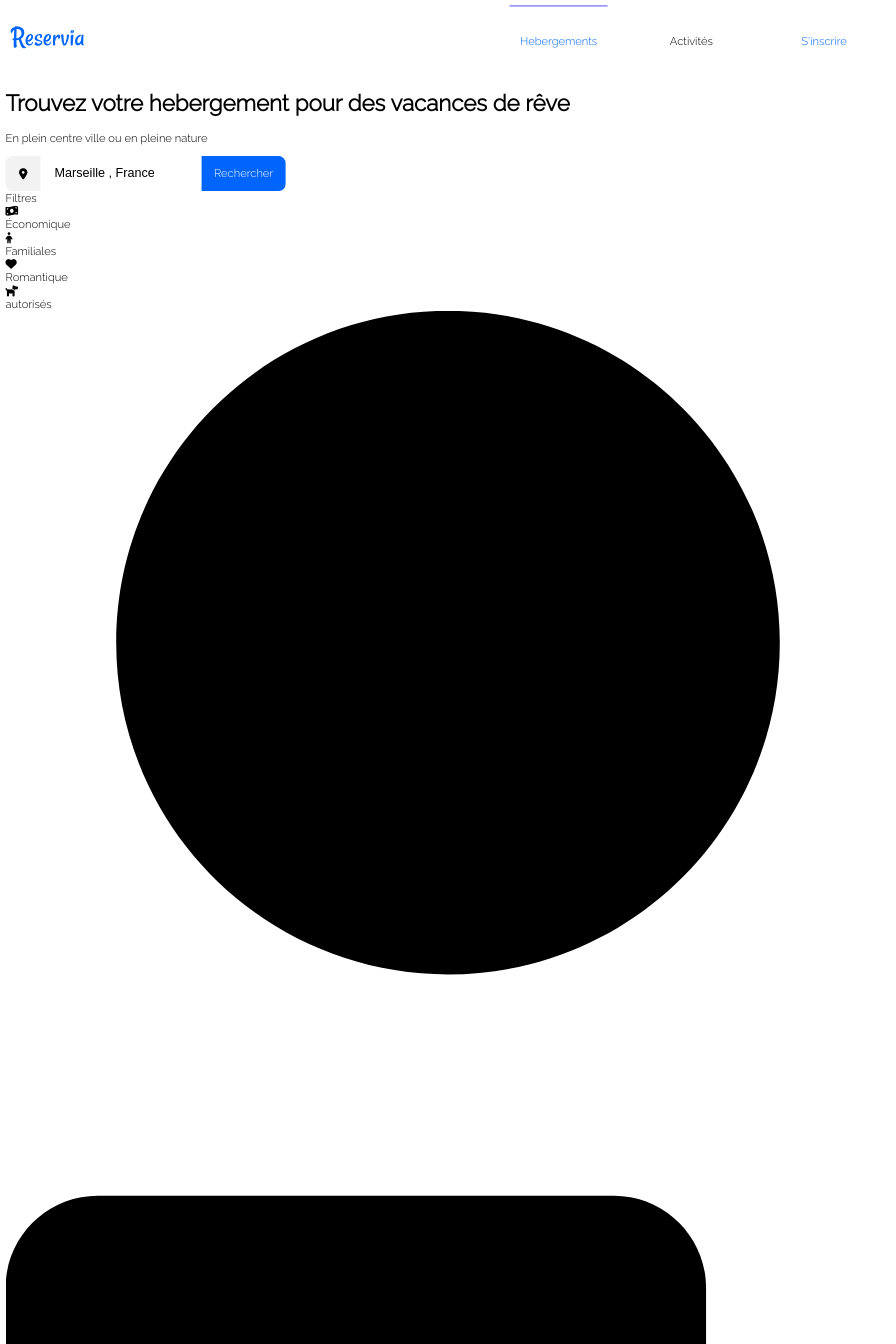
Repository: jaydeeonghub/DYLANBARBARISI_2_16062021
Page: index.html
These files come from the project's save history. The page is drawn as it stood at one moment and after the next save; the edit follows.
The browser window is 1280 px wide. The pictures show the part of the page from y = 0 to 1920 px (the page is 61329 px tall before and 61429 px after), at 70% of full size.
Some web libraries are served in a nearby version.

Above is the page before, as saved 2021-07-07 15:24:48.

After the next save:
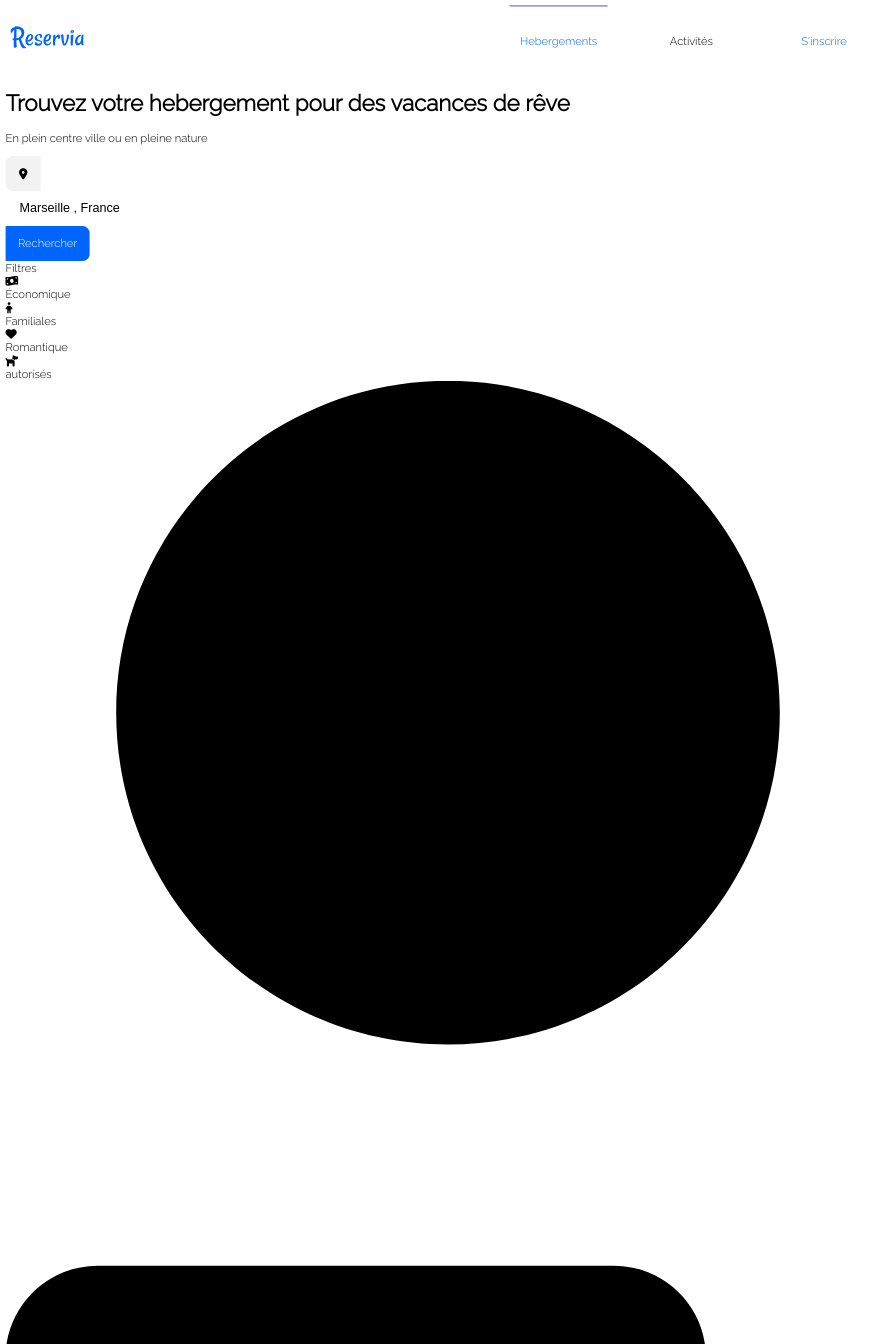
Saved 4 min 49 s later.
--- a/index.html
+++ b/index.html
@@ -36,14 +36,15 @@
         </div>
     </nav>
     </header>
-<main>
+<div>
     <h1 class="texteGras">
     Trouvez votre hebergement pour des vacances de rêve
     </h1> <!--Titre d'accroche de la landing page-->
     <p>En plein centre ville ou en pleine nature</p>
-    <div class="filtre margFiltreTitre">
+    </div>
         <div class="backGris flexCentre iconSize">
-            <i class="fas fa-map-marker-alt"></i></div>
+            <i class="fas fa-map-marker-alt"></i>
+        </div>
         <div>
             <input
                 class="recherche flexCentre bordureNone paddingSearch"
@@ -53,7 +54,6 @@
             </div>
         <div class="backBleu flexCentre buttonSearch">Rechercher</div>
           </div>
-
           <div class="margFiltreTitre"<h3>Filtres</h3></div>
           <div><i class="fas fa-money-bill-wave"></i><div>Économique</div></div>
           <div><i class="fas fa-child"></i><div>Familiales</div></div>

After the save that followed:
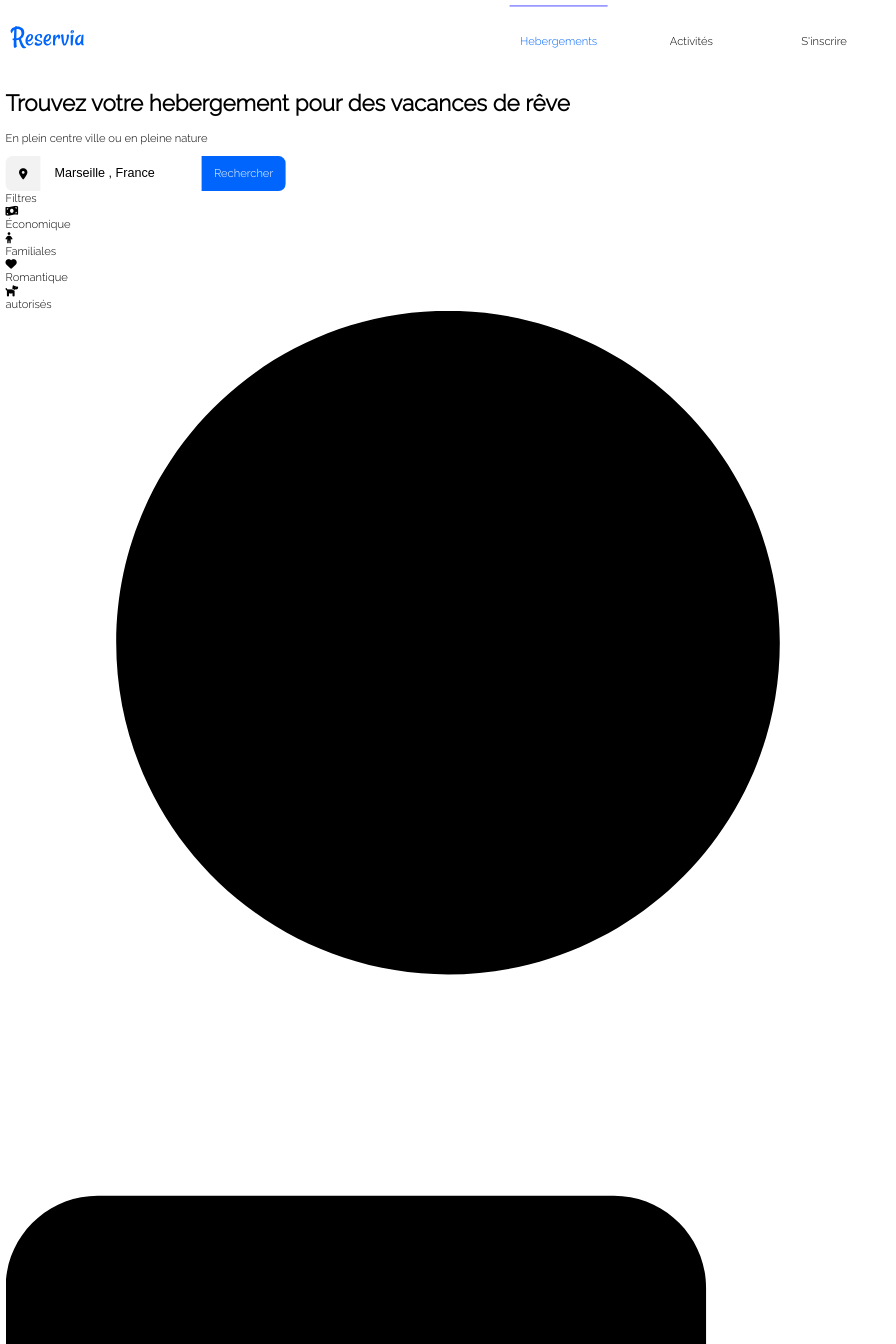
Saved 30 s later.
--- a/index.html
+++ b/index.html
@@ -28,23 +28,21 @@
         <div class=" LiensNav2 flexCentre bordureNav">
         <a class="colorBleu decorationNone" href="#Hebergements">Hebergements</a>
     </div>
-        <div class="LiensNav2 flexCentre bordureNav2">
+        <div class="LiensNav2 flexCentre">
         <a class="LiensColor2 decorationNone" href="#Activités">Activités</a>
     </div>
-        <div class="LiensNav2 flexCentre bordureNav2">
-            <a class="colorBleu decorationNone" href="#S'inscrire">S'inscrire</a>
-        </div>
+        <div class="LiensNav2 flexCentre"
+            <a class="colorBleu decorationNone" href="#S'inscrire">S'inscrire</a></div>
     </nav>
     </header>
-<div>
+<main>
     <h1 class="texteGras">
     Trouvez votre hebergement pour des vacances de rêve
     </h1> <!--Titre d'accroche de la landing page-->
     <p>En plein centre ville ou en pleine nature</p>
-    </div>
+    <div class="filtre margFiltreTitre">
         <div class="backGris flexCentre iconSize">
-            <i class="fas fa-map-marker-alt"></i>
-        </div>
+            <i class="fas fa-map-marker-alt"></i></div>
         <div>
             <input
                 class="recherche flexCentre bordureNone paddingSearch"
@@ -54,6 +52,7 @@
             </div>
         <div class="backBleu flexCentre buttonSearch">Rechercher</div>
           </div>
+
           <div class="margFiltreTitre"<h3>Filtres</h3></div>
           <div><i class="fas fa-money-bill-wave"></i><div>Économique</div></div>
           <div><i class="fas fa-child"></i><div>Familiales</div></div>
